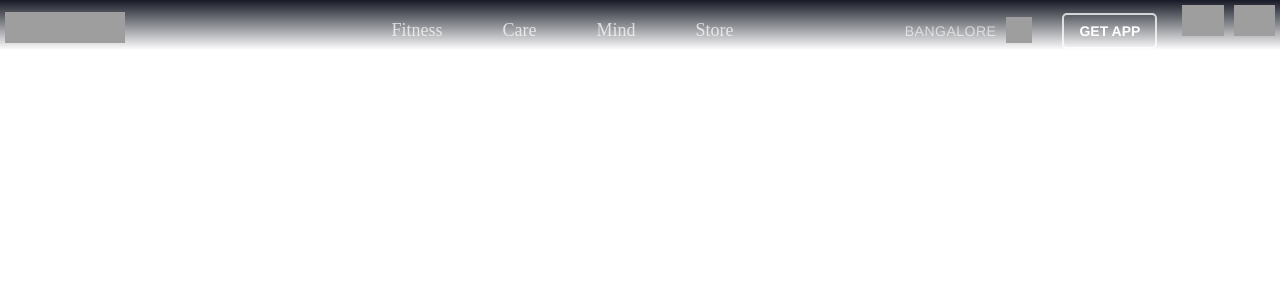
Repository: 1sanjeetsharma/cult-fit-clone
Page: /
These files come from the project's save history. The page is drawn as it stood at one moment and after the next save; the edit follows.
The browser window is 1280 px wide. The pictures show the whole page.
Pictures or frames that could not be fetched are drawn as grey boxes. Some web fonts or font styles are not loaded; a fallback is used. The project was rebuilt for these pictures with package versions that can differ from the ones it lists, and the page was loaded fresh each time. Also part of the build but not shown: vite.config.js, src/components/body/footer/Footer.jsx.

Above is the page before, as saved 2023-07-31 16:41:21.

### src/App.jsx
import LandingPage from "./components/landingPage/LandingPage";
function App() {
	return (
		<>
			{/* <h1>Hello from app</h1> */}
			<LandingPage />
		</>
	);
}

export default App;

### src/components/landingPage/LandingPage.jsx
import Body from "../body/body";
// import Header from "../body/header/Header";
const LandingPage = () => {
	return (
		<>
			<Body></Body>
		</>
	);
};
export default LandingPage;

### src/components/body/body.jsx
import Header from "./header/Header";
import Footer from "./footer/Footer";
import "./body.css";
const Body = () => {
	console.log("hello from body");
	return (
		<>
			<Header />

			{/* <Footer /> */}
		</>
	);
};
export default Body;

### src/components/body/header/Header.jsx
import Navbar from "../Navbar/Navbar";
const Header = () => {
	return (
		<>
			<Navbar />
		</>
	);
};
export default Header;

### src/components/body/body.css
/*
//not working these font  */
@font-face {
	font-family: inter-bold;
	src: url("https://fonts.googleapis.com/css2?family=Inter:wght@700&display=swap");
}
@font-face {
	font-family: helvetica-neue;
	src: url("https://fonts.cdnfonts.com/css/helvetica-neue-5");
}
body {
	font-family: inter-bold, helvetica-neue;
}

### src/components/body/Navbar/Navbar.jsx
import "./navbar.css";
const Navbar = () => {
	return (
		<>
			<div className="Nav-container">
				<nav>
					<a href="javascript:viod(0)">
						<img
							className="logo"
							height={"31px"}
							width={"120px"}
							src="https://cdn-images.cure.fit/www-curefit-com/image/upload/c_fill,w_120,q_auto:eco,dpr_2,f_auto,fl_progressive//image/test/brand-logo/vman-and-white-cult-text.png"
							alt="logo"
						/>
					</a>
					<div className="tabs">
						<a href="javascript:void(0)">Fitness</a>
						<a href="javascript:void(0)">Care</a>
						<a href="javascript:void(0)">Mind</a>
						<a href="javascript:void(0)">Store</a>
					</div>
					<div className="btns">
						<div className="location">
							<div className="loc-text">BANGALORE</div>
							<div className="loc-img" width="26px" height="26px">
								<img
									src="https://cdn-images.cure.fit/www-curefit-com/image/upload/c_fill,w_26,q_auto:eco,dpr_2,f_auto,fl_progressive/image/test/header/location.png"
									width={"26px"}
									height={"26px"}
									loading="lazy"
									alt="location"
								/>
							</div>
						</div>
						<div className="get-app">
							<button>GET APP</button>
						</div>
						<div className="avatar">
							<button>
								<img
									className="btn-img"
									src="https://cdn-images.cure.fit/www-curefit-com/image/upload/c_fill,w_26,q_auto:eco,dpr_2,f_auto,fl_progressive/image/test/header/Profile.png"
									alt="profile picture"
								/>
							</button>
						</div>
						<button className="cart">
							<img
								className="btn-img"
								src="https://cdn-images.cure.fit/www-curefit-com/image/upload/c_fill,q_auto:eco,dpr_2,f_auto,fl_progressive//image/test/cart-dark-theme.svg"
								alt="cart"
							/>
						</button>
					</div>
				</nav>
			</div>
		</>
	);
};
export default Navbar;

### src/components/body/Navbar/navbar.css
* {
	margin: 0px;
	padding: 0px;
	box-sizing: border-box;
	line-height: 1.42;
}
a {
	text-decoration: none;
	cursor: pointer;
}
.Nav-container {
	position: fixed;
	/* display: flexbox; */
	top: 0px;
	/* height: 60px; */
	width: 100%;

	/* align-content: center; */
	/* text-align: center; */
	/* background-color: #00000077; */
	box-sizing: border-box;
	/* z-index: 2; */
}

.logo,
.btn-img {
	height: 31px;
}
nav {
	display: flex;
	height: 50px;
	padding: 5px;
	flex-flow: row wrap;
	align-items: center;
	justify-content: space-between;
	background-image: linear-gradient(
		to bottom,
		#171a26,
		rgba(23, 26, 38, 0.0001)
	);
}
.tabs {
	/* color: #fff; */
	display: flex;
	flex-direction: row;
	justify-content: spae-between;
	margin-left: 110px;
}
.tabs > a {
	height: 100%;
	color: #fff;
	transition: all 150ms ease;
	opacity: 70%;
	padding: 0 30px;
	line-height: 22px;
	font-size: 18px;
}
.bnts {
	display: flex;
	align-items: center;
	/* flex-direction: row; */
}
.location {
	display: inline-flex;
	flex-direction: row;
	background: transparent;
	/* outline: none; */
	/* box-shadow: none; */
	line-height: 22px;
	font-size: 14px;
	text-align: center;
	margin: auto;
	padding: 7px 15px;
	border-radius: 5px;
	transition: all 100ms ease;
	color: rgb(255 255 255/ 60%);
}
.location:hover {
	background: rgb(255 255 255 / 10%);
}
.location > .loc-text {
	text-align: center;
	cursor: pointer;
	margin: 0;
	margin-top: 0px;
	margin-right: 0px;
	color: rgb(255 255 255 / 60%);
	font-size: 14px;
	font-family: Inter-Regular, Helvetica Neue, Helvetica, Roboto, Arial,
		sans-serif;
	letter-spacing: 0.5px;
	line-height: 22px;
	margin-right: 10px;
	margin-top: 3px;
	max-width: 95px;
	overflow: hidden;
	text-overflow: ellipsis;
	white-space: nowrap;
}
.location > .loc-img {
	width: 26px;
	min-height: fit-content;
	overflow: hidden;
	position: relative;
}
.location > img {
	vertical-align: middle;
	position: relative;
	opacity: 1;
	transition: opacity 150ms ease 0s;
	top: 0px;
	left: 0px;
	width: 100%;
}
button {
	all: unset;
	cursor: pointer;
	/* text-align: center; */
	margin: auto;
}
button:focus {
	outline: revert;
}
.get-app {
	display: inline-block;
}
.get-app > button {
	margin-inline: 15px;
	font-family: Inter-Medium, Helvetica Neue, Helvetica, Roboto, Arial,
		sans-serif;
	transition: all 250ms ease;
	color: white;
	border: 2px solid rgba(255, 255, 255, 0.75);
	font-size: 14px;
	line-height: 18px;
	padding: 7px 15px;
	border-radius: 5px;
	font-weight: 700;
}
.avatar {
	display: inline-block;
	box-sizing: border-box;
	padding: 0 10px;
}
.cart {
	/* border */
}

Loaded but not shown: index.html (common file); src/main.jsx (common file)

After the next save:
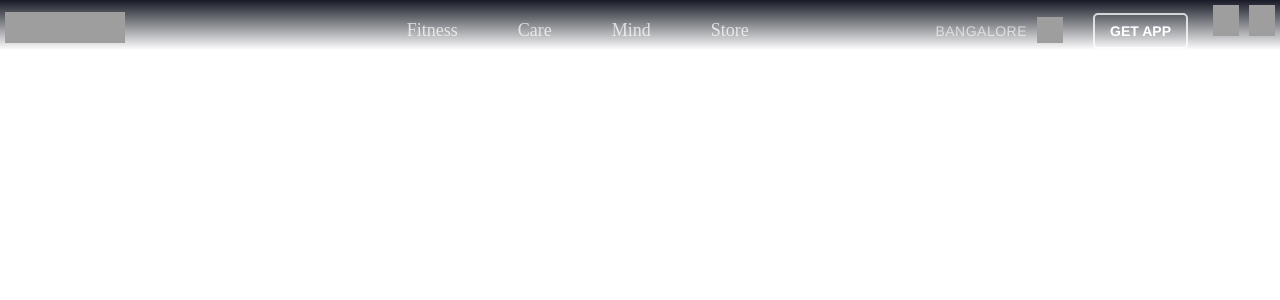
Saved 16 min 43 s later.
--- a/src/components/body/Navbar/Navbar.jsx
+++ b/src/components/body/Navbar/Navbar.jsx
@@ -41,6 +41,8 @@ const Navbar = () => {
 									className="btn-img"
 									src="https://cdn-images.cure.fit/www-curefit-com/image/upload/c_fill,w_26,q_auto:eco,dpr_2,f_auto,fl_progressive/image/test/header/Profile.png"
 									alt="profile picture"
+									width="26px"
+									height="26px"
 								/>
 							</button>
 						</div>
@@ -49,6 +51,8 @@ const Navbar = () => {
 								className="btn-img"
 								src="https://cdn-images.cure.fit/www-curefit-com/image/upload/c_fill,q_auto:eco,dpr_2,f_auto,fl_progressive//image/test/cart-dark-theme.svg"
 								alt="cart"
+								width="26px"
+								height="26px"
 							/>
 						</button>
 					</div>
